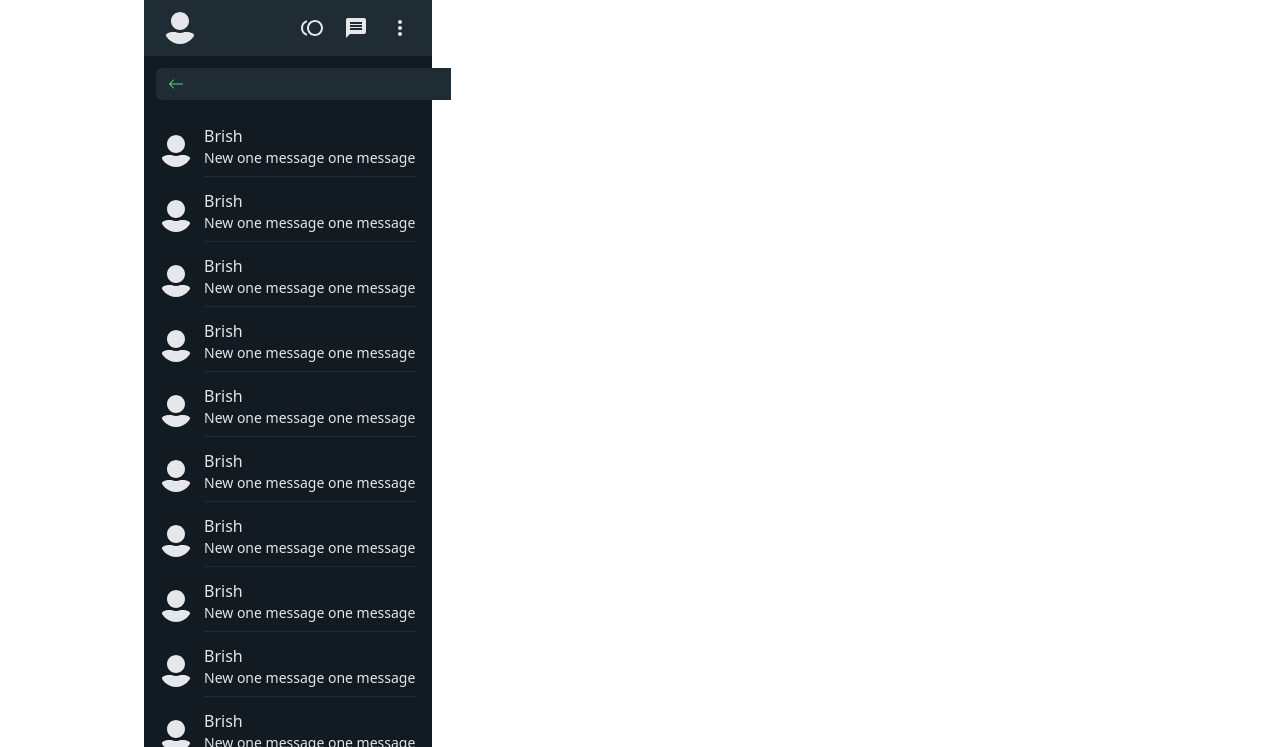
Repository: satya-ranjon/whatsapp-clone-dev
Page: /
The author's editor kept a copy of each file at every save. The page is drawn from the files as they stood at one save, then again after the next save.
The browser window is 1280 px wide. The pictures show the whole page.
The project was rebuilt for these pictures with package versions that can differ from the ones it lists, and the page was loaded fresh each time.

Above is the page before, as saved 2022-04-09 07:21:06.

### src/index.js
import * as ReactDOMClient from "react-dom/client";
import { BrowserRouter } from "react-router-dom";
import App from "./App";
import "./index.css";

const root = ReactDOMClient.createRoot(document.getElementById("root"));
root.render(
  <BrowserRouter>
    <App />
  </BrowserRouter>
);

### src/App.js
import SideBar from "./Components/SideBar";

function App() {
  return (
    <div className=" lg:px-36">
      <SideBar />
    </div>
  );
}

export default App;

### src/index.css
@tailwind base;
@tailwind components;
@tailwind utilities;

.hoverEf {
  overflow: hidden;
  right: -100%;
  transition: all 0.4s;
}

.hoverbtn:hover .hoverEf {
  right: -0%;
}

### src/Components/SideBar.jsx
import React from "react";
import { MdToll, MdMoreVert, MdMessage } from "react-icons/md";
import { FaUserAlt } from "react-icons/fa";
import SideBarUseList from "./SideBarUseList";

export default function SideBar() {
  return (
    <div className="w-72">
      <div className="flex justify-between font-semibold text-2xl px-5 py-3 bg-[#202c33] text-gray-200">
        <div>
          <FaUserAlt className="rounded-full w-8 h-8" />
          {/* <img
            className="rounded-full w-8 h-8 "
            src="https://images.pexels.com/photos/220453/pexels-photo-220453.jpeg?cs=srgb&dl=pexels-pixabay-220453.jpg&fm=jpg"
            alt=""
          /> */}
        </div>
        <div className="flex justify-between space-x-5 cursor-pointer my-auto">
          <MdToll />
          <MdMessage />
          <MdMoreVert />
        </div>
      </div>
      <SideBarUseList />
    </div>
  );
}

### src/Components/SideBarUseList.jsx
import React, { useState } from "react";
import { FaUserAlt } from "react-icons/fa";
import { BsChevronDown, BsArrowLeft } from "react-icons/bs";
import { AiOutlineSearch } from "react-icons/ai";

const array = [
  1, 1, 1, 1, 1, 1, 1, 1, 1, 1, 1, 1, 1, 1, 1, 1, 1, 1, 1, 1, 1, 1, 1, 1, 1, 1,
  1, 1, 1, 1, 1, 1, 1, 1, 1, 1, 1, 1, 1, 1, 1, 1, 1, 1, 1, 1, 1, 1, 1, 1, 1, 1,
  1, 1, 1, 1, 1, 1, 1, 1, 1, 1, 1, 1, 1, 1, 1, 1, 1,
];

export default function SideBarUseList() {
  const [toogle, setToogle] = useState(true);

  return (
    <>
      <div className="bg-[#111b21] flex justify-center p-3">
        <div
          className="pl-14 rounded-md w-full bg-[#202c33] relative"
          onClick={() => setToogle(true)}
          onMouseOut={() => setToogle(false)}
        >
          <input
            type="text"
            id="search"
            className="bg-[#202c33]  p-1 outline-none text-gray-300  "
          />
          <label
            htmlFor="search"
            className="absolute left-3 bottom-2 text-gray-300 my-auto"
          >
            {(toogle && (
              <BsArrowLeft className="text-green-400 font-semibold" />
            )) || <AiOutlineSearch />}
          </label>
        </div>
      </div>
      <div className="bg-[#111b21] overflow-y-scroll scroll-my-1 h-[88.2vh] scrollbar scrollbar-thumb-gray-400 scrollbar-thin text-gray-200 duration-500 transition-all">
        {array.map((i, index) => (
          <div
            key={index}
            className="px-4 py-3 pb-0 flex justify-start hover:bg-[#2a394294] cursor-pointer duration-500 transition-all relative hoverbtn overflow-hidden"
          >
            <div className="my-auto">
              <FaUserAlt className="w-8 h-8 rounded-full" />
            </div>
            <div className="flex flex-col my-auto w-full ml-3 border-b-[1px] border-b-gray-800 pb-2">
              <p>Brish</p>
              <p className="text-sm">New one message one message</p>
            </div>

            <div className=" absolute px-5 bg-[#2a3942a8] bottom-2 text-xl hoverEf">
              <BsChevronDown />
            </div>
          </div>
        ))}
      </div>
    </>
  );
}

### tailwind.config.js
module.exports = {
  content: ["./src/**/*.{js,jsx,ts,tsx}"],
  theme: {
    extend: {},
  },
  plugins: [require("tailwind-scrollbar")],
};

Loaded but not shown: public/index.html (common file)

After the next save:
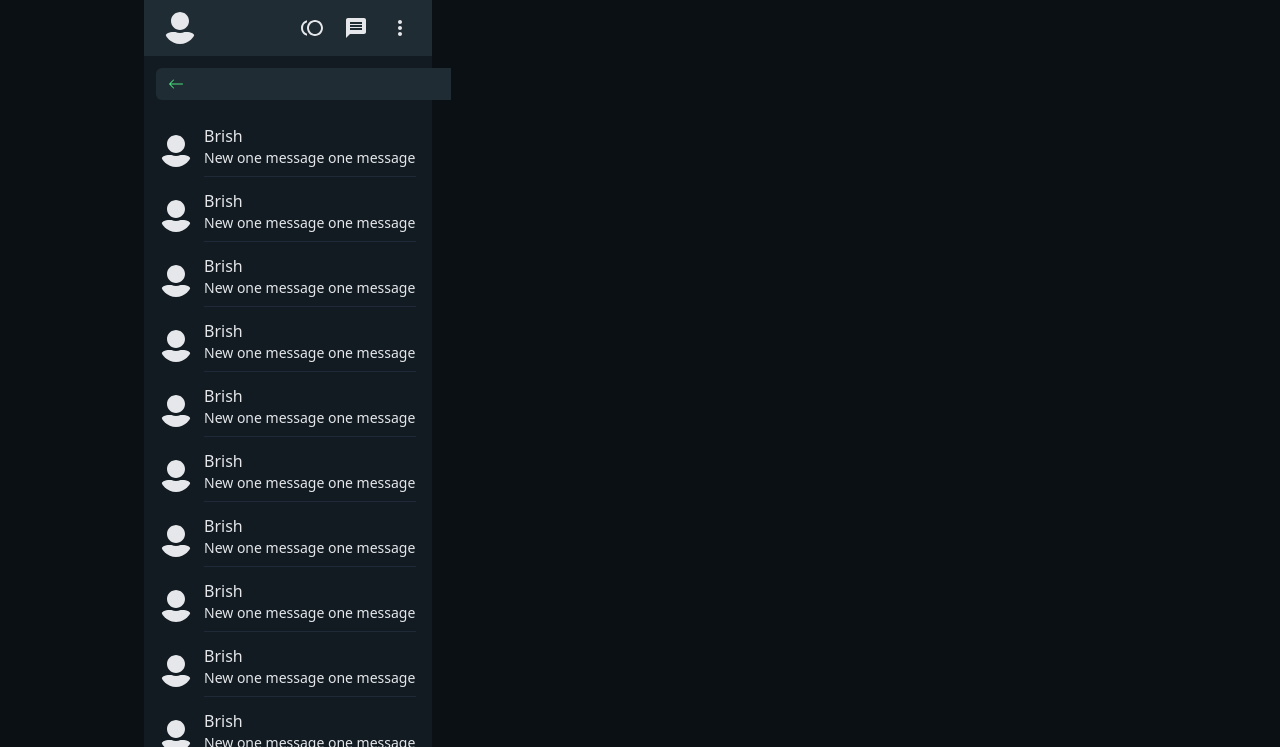
Saved 30 s later.
--- a/src/App.js
+++ b/src/App.js
@@ -2,7 +2,7 @@ import SideBar from "./Components/SideBar";
 
 function App() {
   return (
-    <div className=" lg:px-36">
+    <div className=" lg:px-36 bg-[#0a1014]">
       <SideBar />
     </div>
   );
